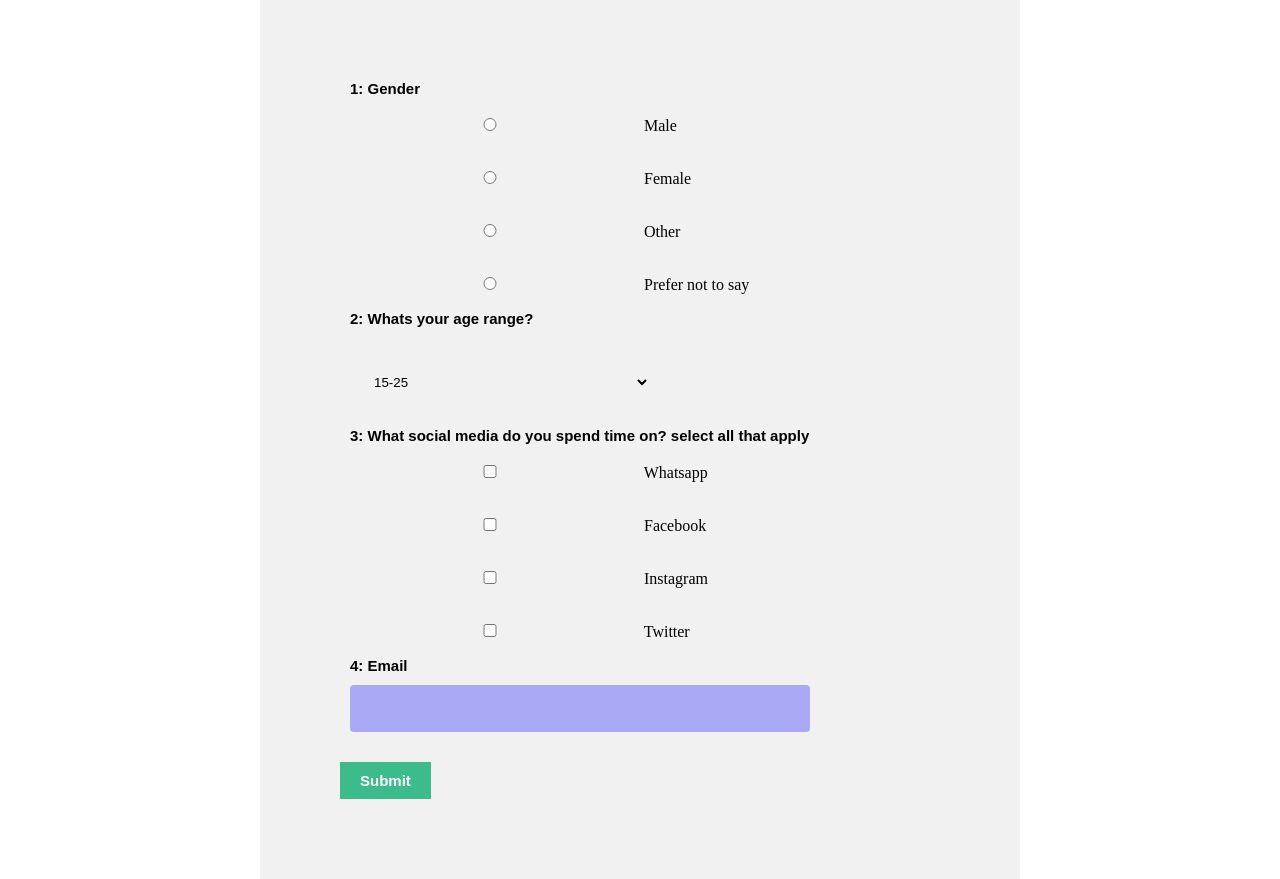
Repository: Grace229/Hasob-form
Page: index.html
An editor plug-in stored every save of this project. The page is shown before and after the next save, followed by the edit.
The browser window is 1280 px wide. The pictures show the whole page.

Above is the page before, as saved 2020-12-28 07:39:04.

After the next save:
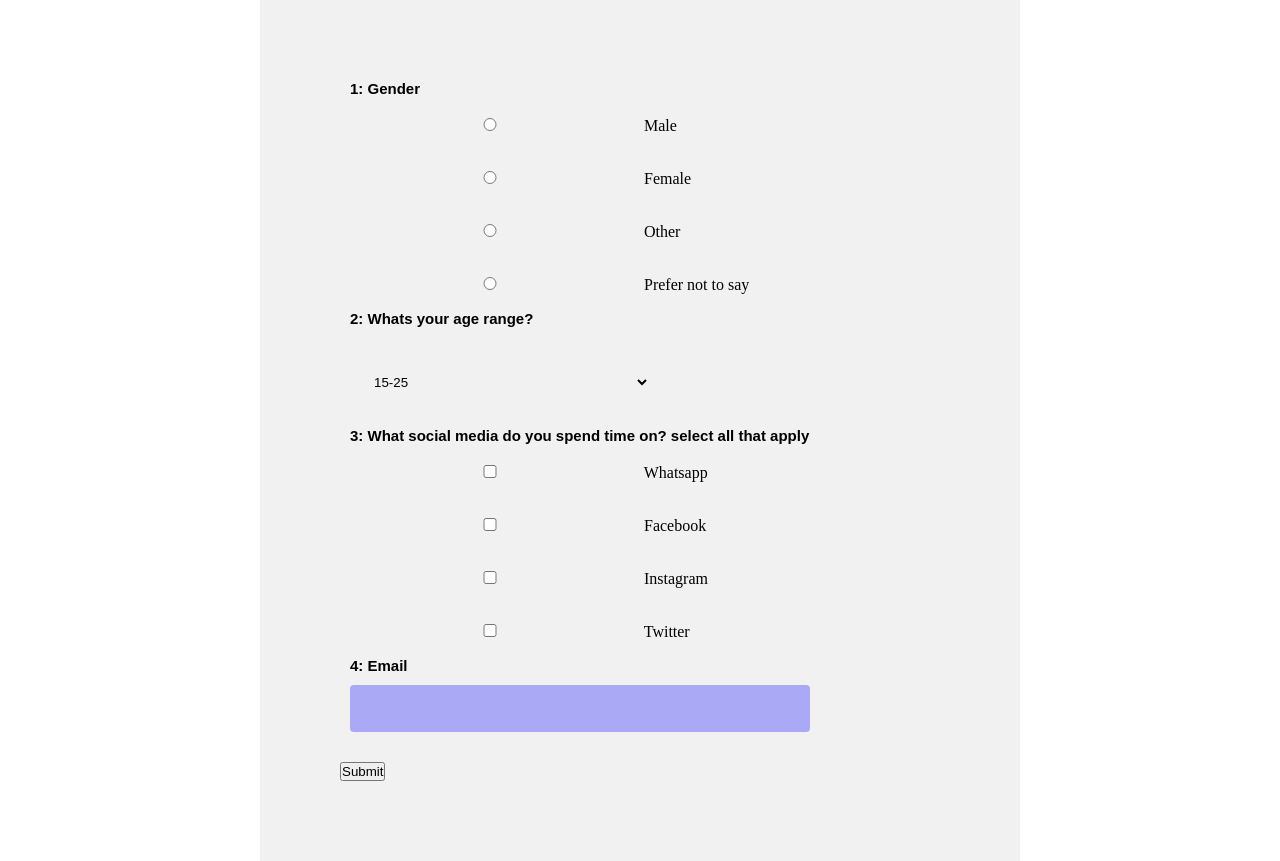
Saved 96 s later.
--- a/index.html
+++ b/index.html
@@ -63,7 +63,7 @@
         </div>
 
         <div>
-          <button class="btn"> Submit </button>
+          <button class="submit"> Submit </button>
         </div>
    </form>
 </body>
